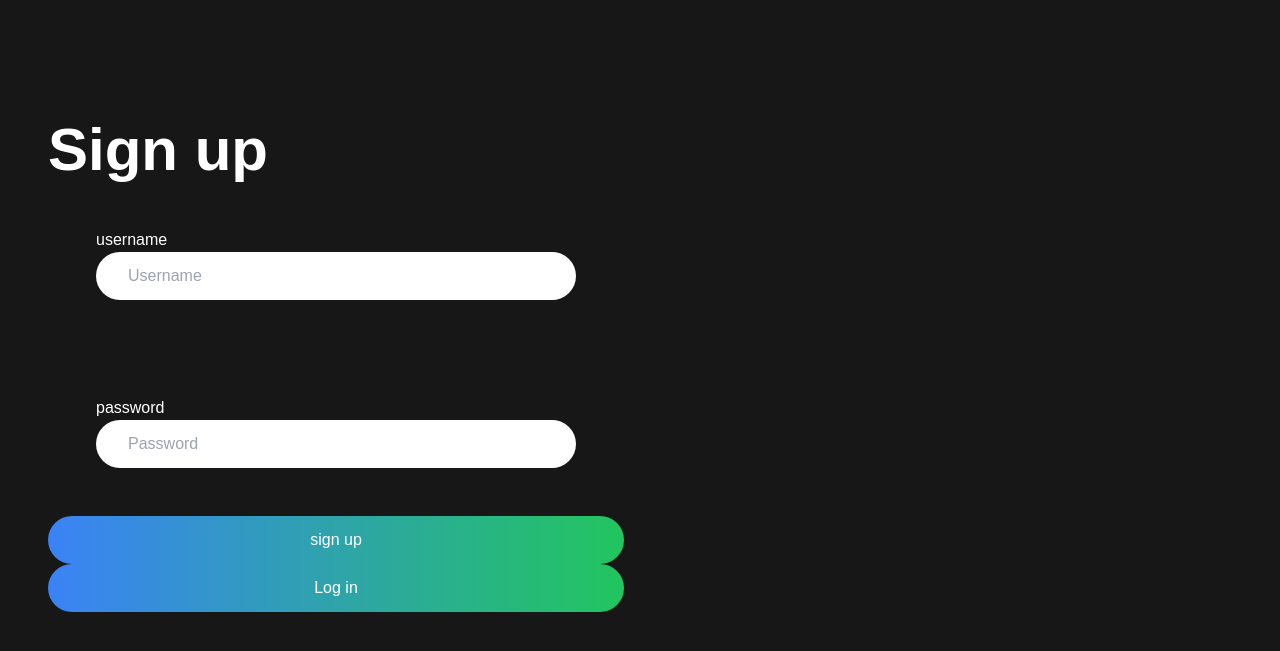
Repository: oxniw/usingmoney
Page: /
These files come from the project's save history. The page is drawn as it stood at one moment and after the next save; the edit follows.
The browser window is 1280 px wide. The pictures show the whole page.
The project was rebuilt for these pictures with package versions that can differ from the ones it lists, and the page was loaded fresh each time. The framework's server and built-in components were replaced by stand-ins that run in the browser. Also part of the build but not shown: next.config.ts. Imported but missing from the stored project, and not drawn on this page: components/ui/wavy-background.

Above is the page before, as saved 2025-04-30 13:22:56.

After the next save:
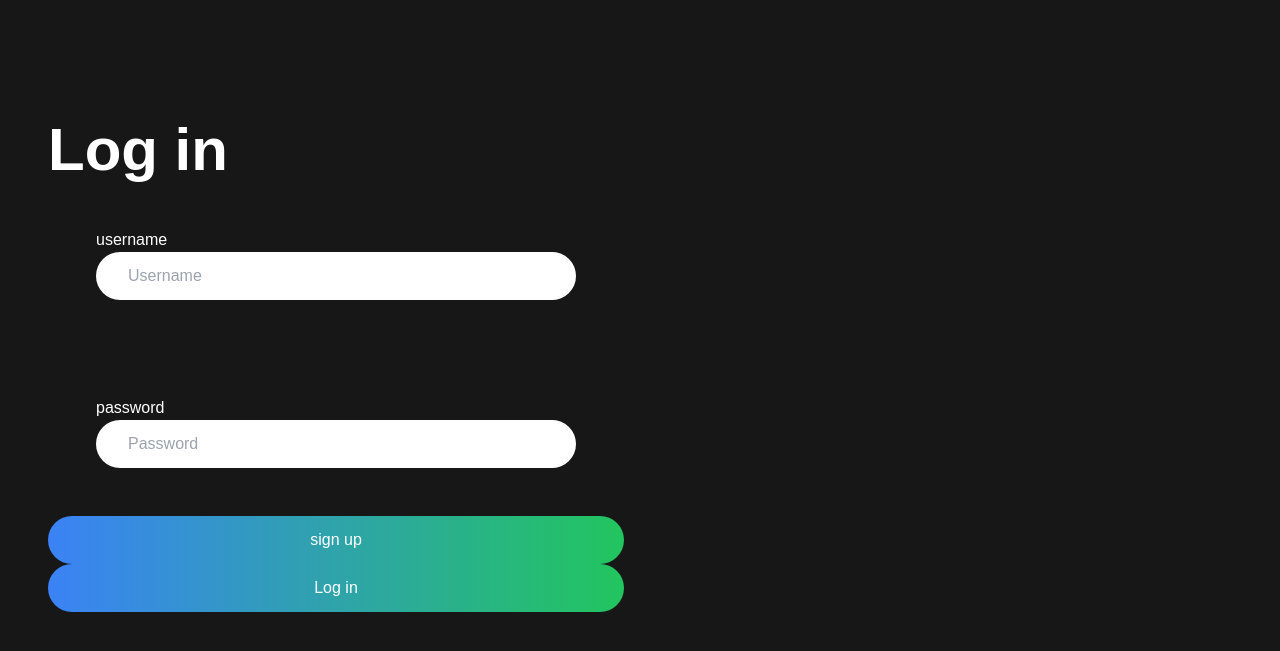
Saved 22 s later.
--- a/src/app/components/background.jsx
+++ b/src/app/components/background.jsx
@@ -49,7 +49,7 @@ function Background() {
     <div className="relative h-screen overflow-y-scroll overflow-hidden">
       <div className="grid relative max-w-7xl max-h-7xl-lg rounded-2xl">
           <div className="relative mt-8 w-full max-w-2xl bg-gradient-to-r text-white p-12 rounded-3xl-lg fade-in top-10">
-            <h1 className="text-white text-4xl md:text-6xl font-bold fade-in">Sign up</h1>
+            <h1 className="text-white text-4xl md:text-6xl font-bold fade-in">Log in</h1>
             <div className="relative w-full max-w-2xl bg-gradient-to-r text-white p-12 rounded-3xl-lg fade-in">
               <p className="relative z-10">username</p>
               <input
